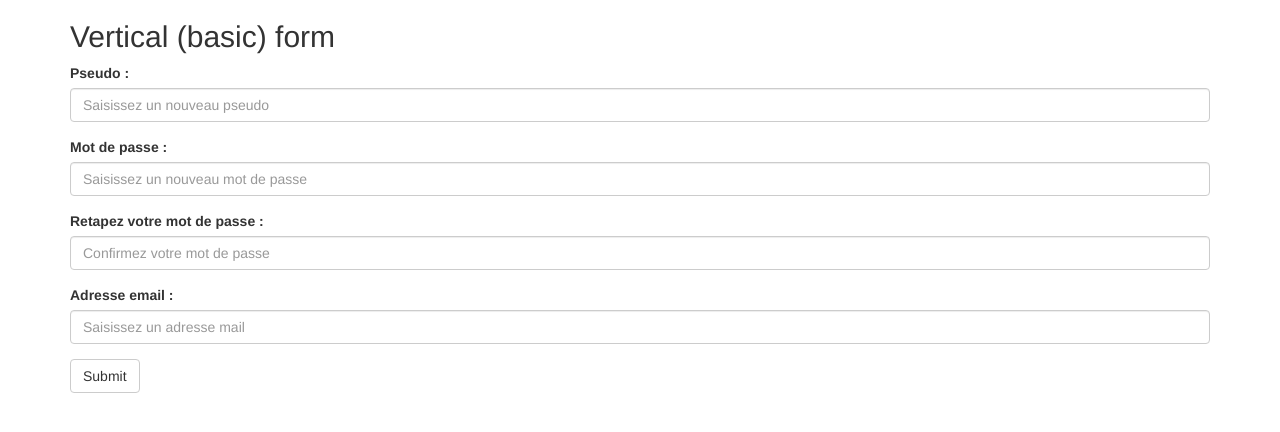
Repository: lemzoo/formation_Java8
Page: EspaceMembre/srcHTML/formulaireInscriptionBasique.html
These files come from the project's save history. The page is drawn as it stood at one moment and after the next save; the edit follows.
The browser window is 1280 px wide. The pictures show the whole page.

Above is the page before, as saved 2016-06-10 10:43:12.

After the next save:
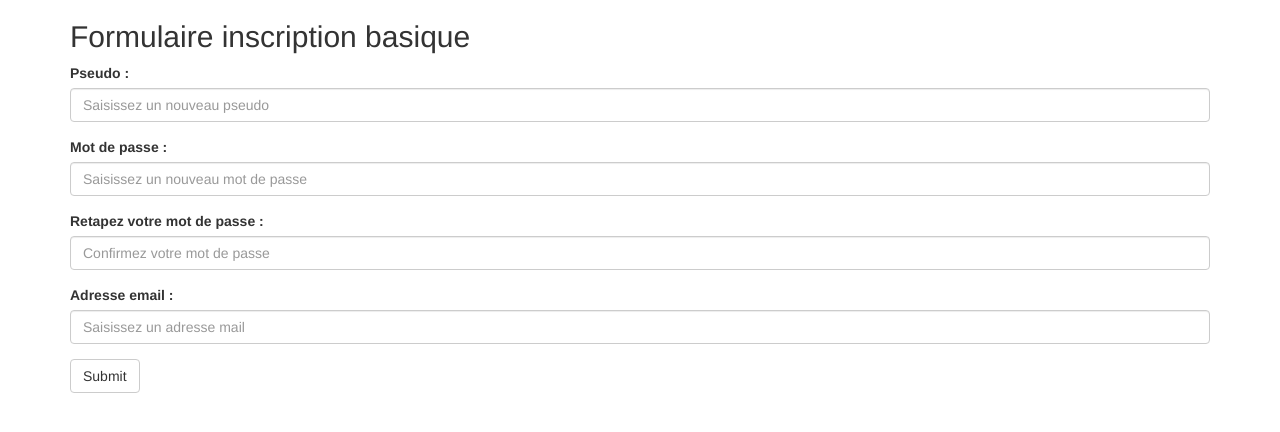
Saved 27 s later.
--- a/EspaceMembre/srcHTML/formulaireInscriptionBasique.html
+++ b/EspaceMembre/srcHTML/formulaireInscriptionBasique.html
@@ -11,7 +11,7 @@
 <body>
 
 <div class="container">
-  <h2>Vertical (basic) form</h2>
+  <h2>Formulaire inscription basique</h2>
   <form role="form" method="POST" action="../srcPHP/ajouterMembre.php">
     <div class="form-group">
       <label for="pseudoSaisi">Pseudo :</label>
